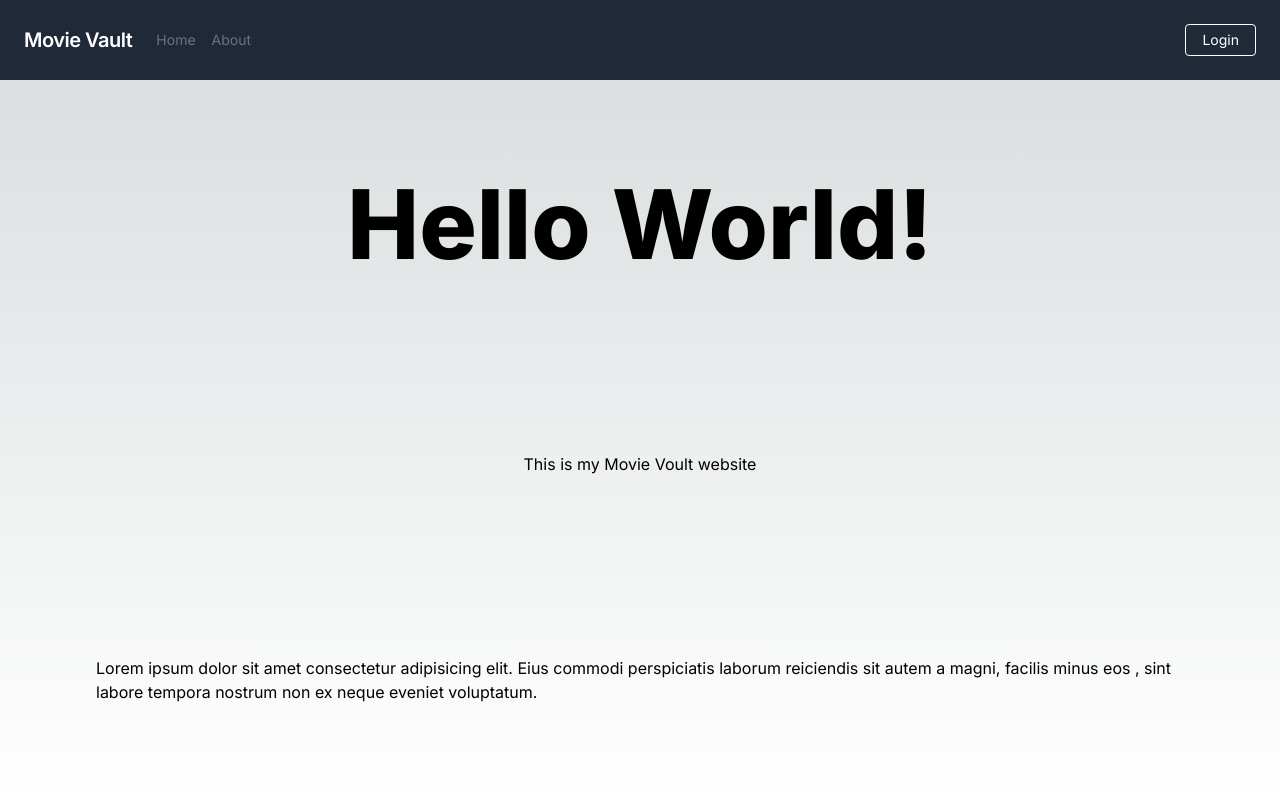
Repository: badhon252/Candidates-portal
Page: /
The author's editor kept a copy of each file at every save. The page is drawn from the files as they stood at one save, then again after the next save.
The browser window is 1280 px wide. The pictures show the whole page.
The project was rebuilt for these pictures with package versions that can differ from the ones it lists, and the page was loaded fresh each time. The framework's server and built-in components were replaced by stand-ins that run in the browser. Also part of the build but not shown: next.config.js.

Above is the page before, as saved 2023-05-31 17:38:35.

### app/layout.tsx
import Nav from "./components/Nav";
import "./globals.css";
import { Inter } from "next/font/google";

const inter = Inter({ subsets: ["latin"] });

export const metadata = {
  title: "Movie Vault",
  description: "Movie Vault is a place to store your favorite movies",
};

export default function RootLayout({
  children,
}: {
  children: React.ReactNode;
}) {
  return (
    <html lang="en">
      <body className={inter.className}>
        <Nav />
        {children}
      </body>
    </html>
  );
}

### app/page.tsx
export default function Home() {
  return (
    <main className="flex min-h-screen flex-col items-center justify-between p-24">
      <h1 className="text-8xl font-extrabold">Hello World!</h1>
      <h2>This is my Movie Voult website</h2>
      <p>
        Lorem ipsum dolor sit amet consectetur adipisicing elit. Eius commodi
        perspiciatis laborum reiciendis sit autem a magni, facilis minus eos ,
        sint labore tempora nostrum non ex neque eveniet voluptatum.
      </p>
    </main>
  );
}

### app/components/Nav.tsx
import Link from "next/link";

export default function Nav() {
  return (
    <nav className="flex items-center justify-between flex-wrap bg-gray-800 p-6">
      <div className="flex items-center flex-shrink-0 text-white mr-6">
        <Link href="/" className="font-semibold text-xl tracking-tight">
          Movie Vault
        </Link>
      </div>
      <div className="block lg:hidden">
        <button className="flex items-center px-3 py-2 border rounded text-gray-500 border-gray-600 hover:text-white hover:border-white">
          <svg
            className="fill-current h-3 w-3"
            viewBox="0 0 20 20"
            xmlns="http://www.w3.org/2000/svg"
          >
            <title>Menu</title>
            <path
              fillRule="evenodd"
              d="M2 5h16a1 1 0 010 2H2a1 1 0 010-2zm0 5h16a1 1 0 010 2H2a1 1 0 010-2zm0 5h16a1 1 0 010 2H2a1 1 0 010-2z"
            />
          </svg>
        </button>
      </div>
      <div className="w-full block flex-grow lg:flex lg:items-center lg:w-auto">
        <div className="text-sm lg:flex-grow">
          <Link
            href="/"
            className="block mt-4 lg:inline-block lg:mt-0 text-gray-500 hover:text-white mr-4"
          >
            Home
          </Link>
          <Link
            href="/about"
            className="block mt-4 lg:inline-block lg:mt-0 text-gray-500 hover:text-white mr-4"
          >
            About
          </Link>
        </div>
        <div>
          <Link
            href="/login"
            className="inline-block text-sm px-4 py-2 leading-none border rounded text-white border-white hover:border-transparent hover:text-gray-500 hover:bg-white mt-4 lg:mt-0"
          >
            Login
          </Link>
        </div>
      </div>
    </nav>
  );
}

Loaded but not shown: app/globals.css (common file); tailwind.config.js (common file)

After the next save:
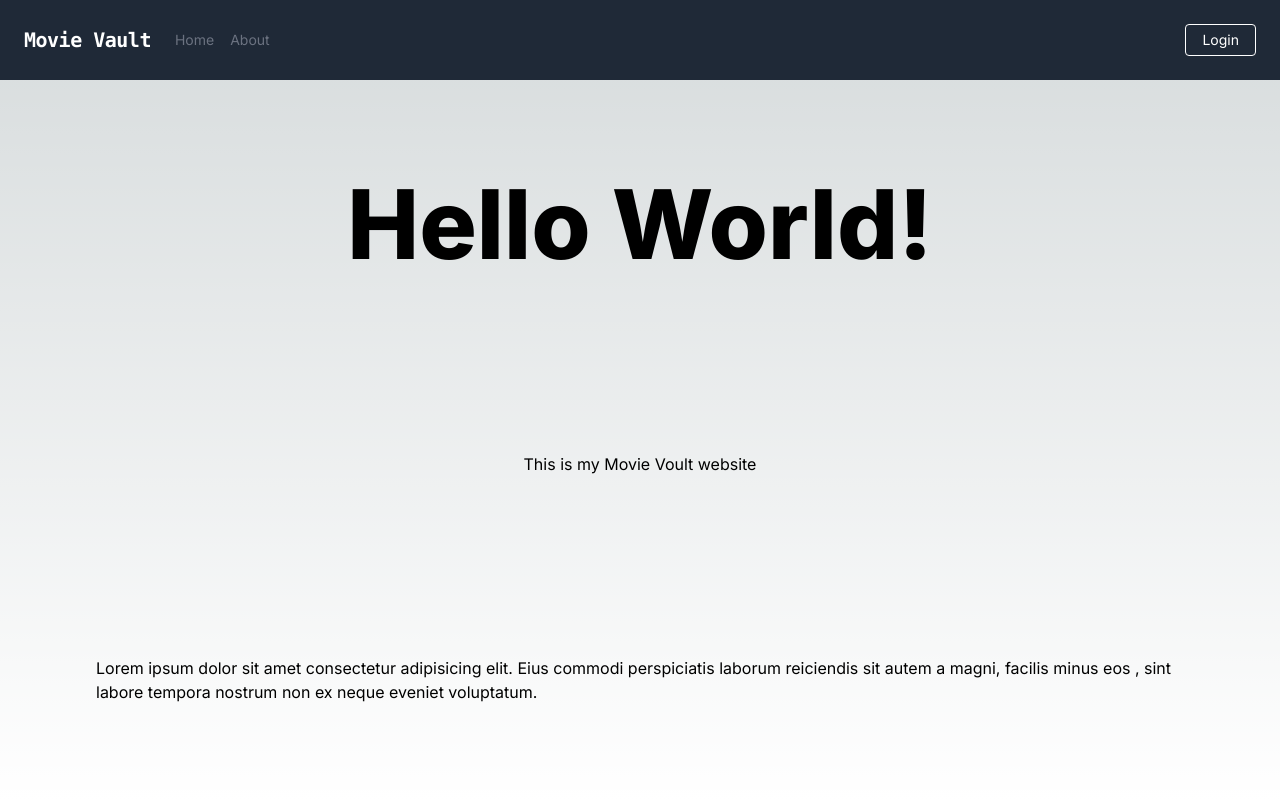
Saved 61 s later.
--- a/app/components/Nav.tsx
+++ b/app/components/Nav.tsx
@@ -4,7 +4,10 @@ export default function Nav() {
   return (
     <nav className="flex items-center justify-between flex-wrap bg-gray-800 p-6">
       <div className="flex items-center flex-shrink-0 text-white mr-6">
-        <Link href="/" className="font-semibold text-xl tracking-tight">
+        <Link
+          href="/"
+          className="font-semibold text-xl tracking-tight font-mono"
+        >
           Movie Vault
         </Link>
       </div>
